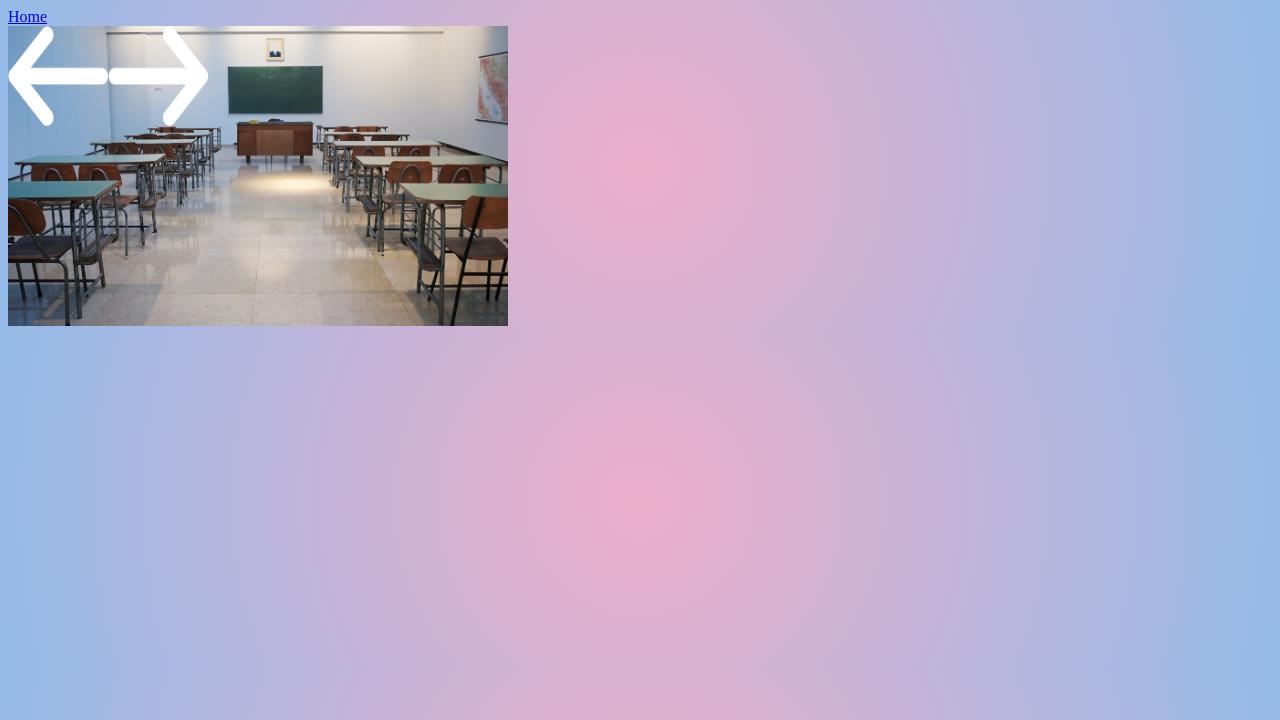
Repository: juliet-jskim/week-8-useEffect-carousel
Page: /carouselPage
The author's editor kept a copy of each file at every save. The page is drawn from the files as they stood at one save, then again after the next save.
The browser window is 1280 px wide. The pictures show the whole page.
The project was rebuilt for these pictures with package versions that can differ from the ones it lists, and the page was loaded fresh each time. The framework's server and built-in components were replaced by stand-ins that run in the browser. Also part of the build but not shown: next.config.js, styles/CarouselPage.module.css.

Above is the page before, as saved 2023-02-20 23:25:32.

After the next save:
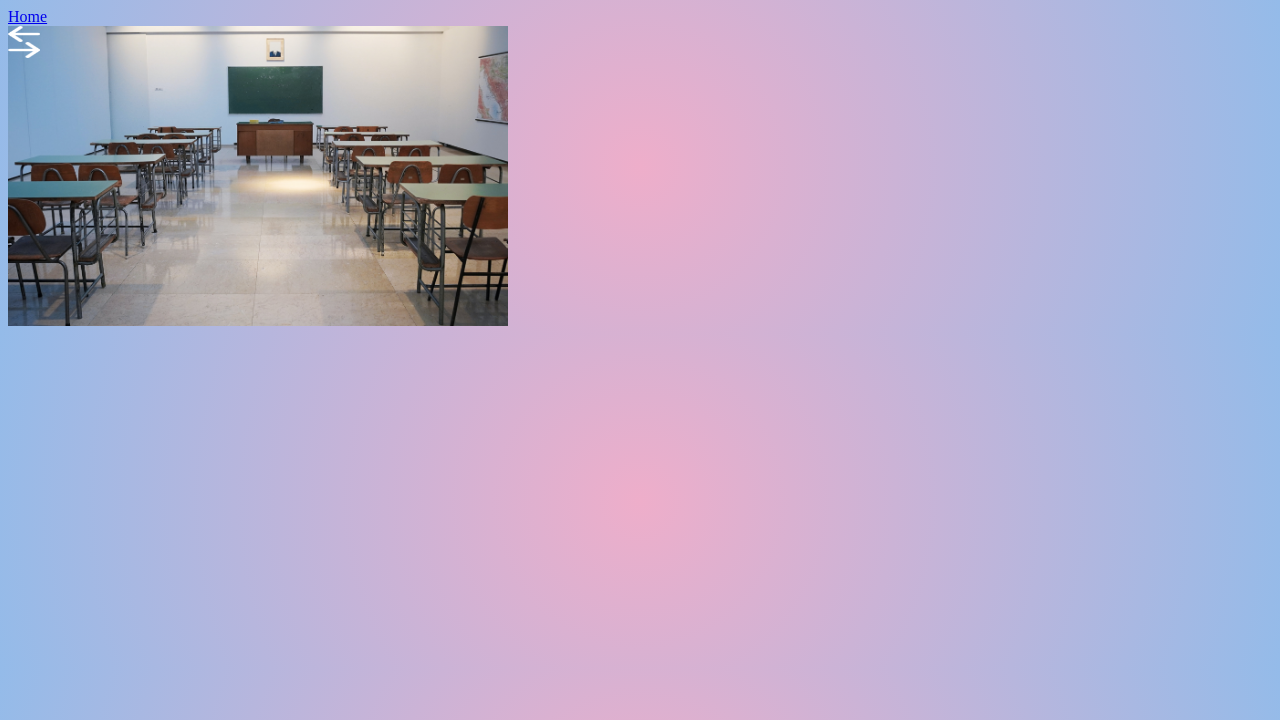
Saved 22 s later.
--- a/components/carousel/index.js
+++ b/components/carousel/index.js
@@ -25,14 +25,14 @@ export default function Carousel() {
 
     return(
     <>
-        <div className={styles.arrows} style={{
+        <div style={{
                         backgroundImage:"url(/carousel-images/" + img + ".jpg)", // concatenate method
                         backgroundSize:'cover',
                         backgroundRepeat:"no-repeat",
                         width: 500,
                         height: 300
         }}>
-            <Image
+            <Image className={styles.arrows}
                 src={"/icons/leftArrow.png"}
                 alt={"/icons/leftArrow.png"}
                 width= {100}
@@ -40,7 +40,7 @@ export default function Carousel() {
                 onClick={() => changeImage("backward")}
             />
 
-            <Image
+            <Image className={styles.arrows}
                 src={"/icons/rightArrow.png"}
                 alt={"/icons/rightArrow.png"}
                 width= {100}
